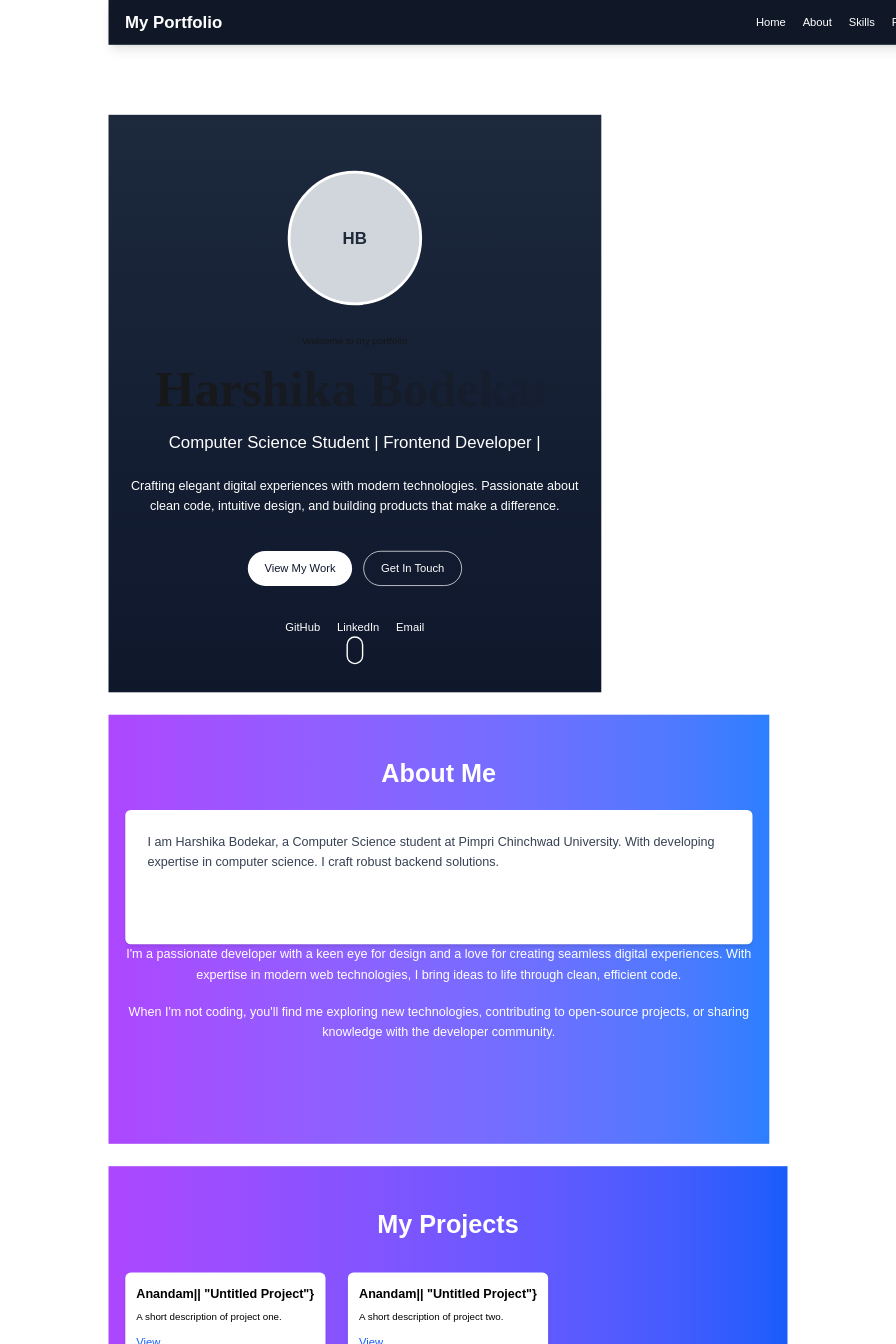
Repository: harshikabodekar/portfolio_awp
Page: /
An editor plug-in stored every save of this project. The page is shown before and after a run of saves, followed by the edit.
The browser window is 1280 px wide. The pictures show the part of the page from y = 0 to 1920 px (the page is 2998 px tall before and 3026 px after), at 70% of full size.
The project was rebuilt for these pictures with package versions that can differ from the ones it lists, and the page was loaded fresh each time. The framework's server and built-in components were replaced by stand-ins that run in the browser. Also part of the build but not shown: next.config.mjs.

Above is the page before, as saved 2025-10-15 19:31:50.

### src/app/layout.js
import "./globals.css";

export const metadata = {
  title: "AWP Portfolio",
  description: "Personal portfolio",
};

export default function RootLayout({ children }) {
  return (
    <html lang="en">
      <body className="antialiased">
        {children}
      </body>
    </html>
  );
}

### src/app/page.js
//import Image from "next/image";
import Navbar from "./components/Navbar";
import React from "react";
import Projects from "./components/Project";
import About from "./components/About";
import Contact from "./components/Contact";
import Hero from "./components/Hero";
import ProjectCard from "./components/ProjectCard";

export default function Home() {
  return (
    <div className="font-sans grid grid-rows-[20px_1fr_20px] items-center justify-items-center min-h-screen p-8 pb-20 gap-16 sm:p-20">
      <main className="flex flex-col gap-[32px] row-start-2 items-center sm:items-start">
        <Navbar />
        <Hero />
        <About />
        <Projects />
        <Contact />
        <ProjectCard/>
      </main>
    </div>
  );
}

### src/app/components/Navbar.js
import React from 'react';

const Navbar = () => {
  return (
    <nav className="bg-gray-900 text-white py-4 px-6 fixed w-full top-0 z-50 shadow-lg">
      <div className="container mx-auto flex justify-between items-center">
        <h1 className="text-2xl font-bold">My Portfolio</h1>
        <ul className="flex space-x-6">
          <li><a href="#home" className="hover:text-blue-400">Home</a></li>
          <li><a href="#about" className="hover:text-blue-400">About</a></li>
          <li><a href="#skills" className="hover:text-blue-400">Skills</a></li>
          <li><a href="#projects" className="hover:text-blue-400">Projects</a></li>
          <li><a href="#contact" className="hover:text-blue-400">Contact</a></li>
        </ul>
      </div>
    </nav>
  );
};

export default Navbar;

### src/app/components/Project.js
import React from 'react';
import ProjectCard from './ProjectCard';
import { projectsData } from '../data/projects';

const Projects = () => {
  return (
    <section id="projects" className="py-20 px-6 bg-gradient-to-r from-purple-500 to-blue-600 text-white pt-16">
      <div className="container mx-auto max-w-6xl">
        <h2 className="text-4xl font-bold text-center text-white mb-12">My Projects</h2>

        <div className="grid md:grid-cols-2 lg:grid-cols-3 gap-8">
          {projectsData.map((project) => (
            <ProjectCard key={project.id} project={project} />
          ))}
        </div>
      </div>
    </section>
  );
};

export default Projects;

### src/app/components/About.js
import React from 'react';

const About = () => {
  return (
     <section id="about" className="py-20 px-6 bg-gradient-to-r from-purple-500 to-blue-500 text-white pt-16">
      <div className="container mx-auto max-w-4xl">
        <h2 className="text-4xl font-bold text-center mb-8">About Me</h2>
        <div className="bg-white p-8 rounded-lg shadow-md">
          <p className="text-lg text-gray-700 mb-4">
            I am Harshika Bodekar, a Computer Science student at Pimpri Chinchwad University.
            With developing expertise in computer science.
            I craft robust backend solutions.
          </p>
          <p className="text-lg text-white">
            My journey is driven by a passion for building scalable,
            efficient systems that power modern applications.
            I enjoy tackling complex challenges and exploring cutting-edge tech.
          </p>
        </div>
        <div className="mb-16 text-center">
            <p className="text-lg text-muted-foreground leading-relaxed mb-6">
              I'm a passionate developer with a keen eye for design and a love for creating
              seamless digital experiences. With expertise in modern web technologies, I bring
              ideas to life through clean, efficient code.
            </p>
            <p className="text-lg text-muted-foreground leading-relaxed">
              When I'm not coding, you'll find me exploring new technologies, contributing to
              open-source projects, or sharing knowledge with the developer community.
            </p>
          </div>
      </div>
    </section>
  );
};

export default About;

### src/app/components/Contact.js
const Contact = () => {
  const contactInfo = [
    { label: 'Email', value: 'your.email@example.com', href: 'mailto:your.email@example.com' },
    { label: 'Phone', value: '+1 (555) 123-4567', href: 'tel:+15551234567' },
    { label: 'Location', value: 'San Francisco, CA', href: '#' },
  ];

  const socialLinks = [
    { label: 'GitHub', href: 'https://github.com' },
    { label: 'LinkedIn', href: 'https://linkedin.com' },
    { label: 'Twitter', href: 'https://twitter.com' },
  ];

  return (
    <section id="contact" className="py-20 bg-gray-50 text-gray-900">
      <div className="container mx-auto px-4">
        <div className="max-w-4xl mx-auto">
          <h2 className="text-4xl md:text-5xl font-bold mb-6 text-center">Get In Touch</h2>
          <div className="w-20 h-1 bg-blue-500 mx-auto mb-12"></div>

          <p className="text-center text-lg mb-12 max-w-2xl mx-auto">
            I'm always open to discussing new projects, creative ideas, or opportunities to be part of your visions.
          </p>

          <div className="grid md:grid-cols-3 gap-6 mb-12">
            {contactInfo.map((info, index) => (
              <div key={index} className="bg-white p-6 rounded-lg shadow text-center">
                <h3 className="text-sm font-semibold mb-2">{info.label}</h3>
                <a href={info.href} className="text-blue-600 underline">{info.value}</a>
              </div>
            ))}
          </div>

          <div className="text-center">
            <div className="flex justify-center gap-4 mb-8">
              {socialLinks.map((s, i) => (
                <a key={i} href={s.href} target="_blank" rel="noreferrer" className="text-blue-600">{s.label}</a>
              ))}
            </div>

            <div className="text-center">
              <a href="mailto:your.email@example.com" className="inline-block px-6 py-3 bg-blue-600 text-white rounded-lg">Send Me an Email</a>
            </div>
          </div>
        </div>
      </div>
    </section>
  );
};

export default Contact;

### src/app/components/Hero.js
import React from 'react';

const Hero = () => {
  return (
    <section id="home" className="relative min-h-screen flex items-center justify-center bg-gradient-to-b from-slate-800 to-slate-900 text-white">
      <div className="container mx-auto px-4 py-20 relative z-10">
        <div className="max-w-4xl mx-auto text-center animate-fade-in">
          <div className="mb-8 flex justify-center">
            <div className="w-48 h-48 rounded-full bg-gray-300 dark:bg-gray-600 border-4 border-white flex items-center justify-center text-2xl font-bold text-gray-800">HB</div>
          </div>

          <div className="inline-block mb-4 px-4 py-2 bg-gradient-primary rounded-full">
            <p className="text-sm font-medium text-foreground">Welcome to my portfolio</p>
          </div>

          <h1 className="text-5xl md:text-7xl font-bold mb-6 font-['Space_Grotesk'] bg-gradient-to-r from-foreground to-accent bg-clip-text text-transparent">
          Harshika Bodekar
          </h1>

          <p className="text-xl md:text-2xl text-muted-foreground mb-8 font-light">
            Computer Science Student | Frontend Developer |
          </p>

          <p className="text-lg text-muted-foreground mb-12 max-w-2xl mx-auto leading-relaxed">
            Crafting elegant digital experiences with modern technologies.
            Passionate about clean code, intuitive design, and building products that make a difference.
          </p>

          <div className="flex flex-wrap gap-4 justify-center mb-12">
            <button onClick={() => {}} className="px-6 py-3 bg-white text-slate-900 rounded-full font-medium">View My Work</button>
            <button onClick={() => {}} className="px-6 py-3 border border-white rounded-full">Get In Touch</button>
          </div>

          <div className="flex gap-6 justify-center">
            <a href="https://github.com" target="_blank" rel="noopener noreferrer" className="text-white">GitHub</a>
            <a href="https://linkedin.com" target="_blank" rel="noopener noreferrer" className="text-white">LinkedIn</a>
            <a href="mailto:your.email@example.com" className="text-white">Email</a>
          </div>
        </div>
      </div>

      <div className="absolute bottom-10 left-1/2 -translate-x-1/2 animate-float">
        <div className="w-6 h-10 border-2 border-accent rounded-full flex justify-center">
          <div className="w-1 h-3 bg-accent rounded-full mt-2 animate-pulse"></div>
        </div>
      </div>
    </section>
  );
};

export default Hero;

### src/app/components/ProjectCard.js
import React from 'react';

export default function ProjectCard({ project = {} }) {
  return (
    <article className="bg-white text-black rounded-lg p-4 shadow-md">
      <h3 className="font-semibold text-lg mb-2">Anandam|| "Untitled Project"}</h3>
      <p className="text-sm mb-4">{project.description || "No description available."}</p>
      {project.link && (
        <a
          className="text-blue-600 underline"
          href={project.link}
          target="_blank"
          rel="noreferrer"
        >
          View
        </a>
      )}
    </article>
  );
}

### src/app/data/projects.js
export const projectsData = [
  {
    id: '1',
    title: 'Sample Project One',
    description: 'A short description of project one.',
    link: 'https://example.com',
  },
  {
    id: '2',
    title: 'Sample Project Two',
    description: 'A short description of project two.',
    link: 'https://example.com',
  },
];

Loaded but not shown: src/app/globals.css (common file)

After the next 2 saves:
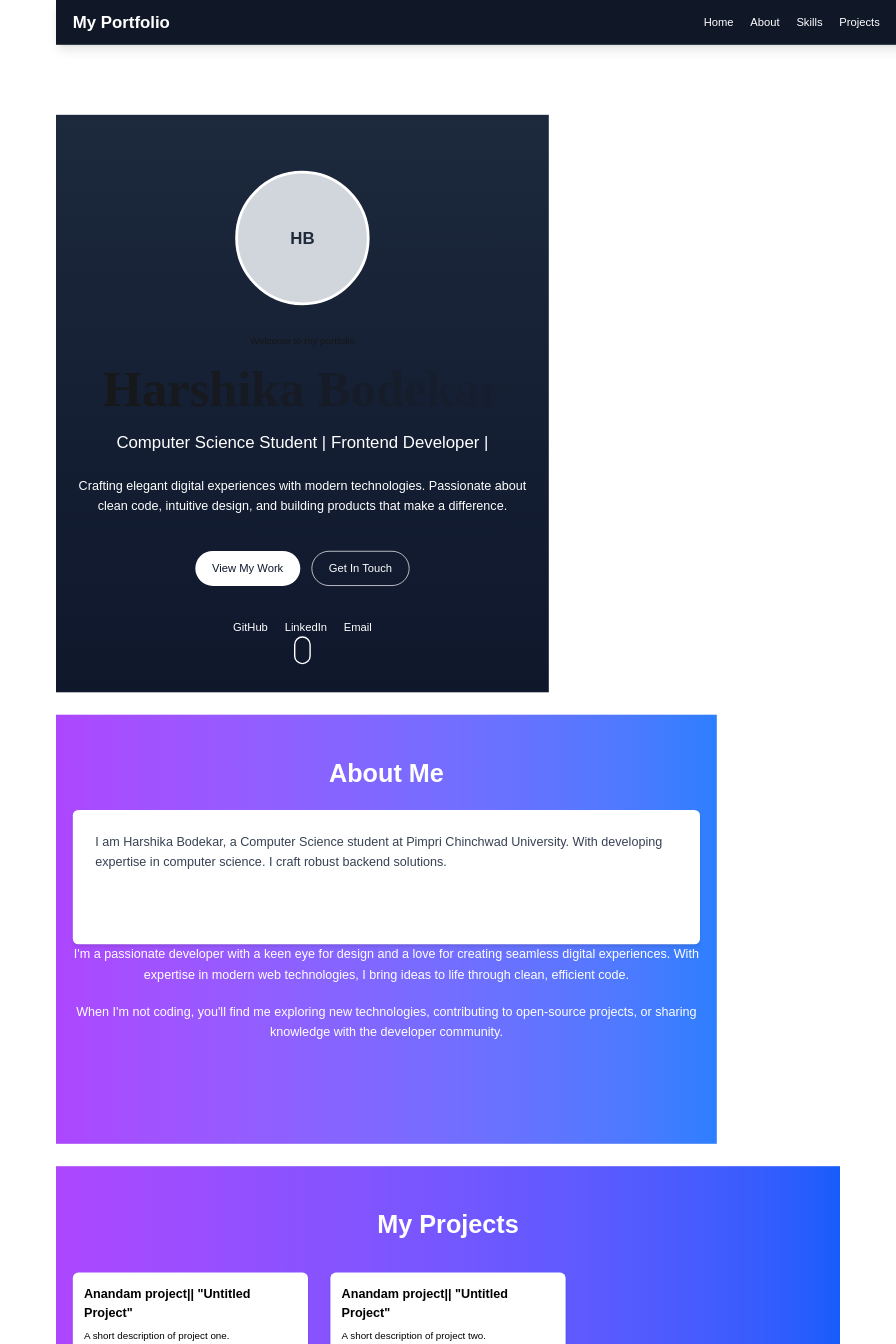
The 2 saves are shown as one change because they came seconds apart.
The last was saved 8 s later.
--- a/src/app/components/ProjectCard.js
+++ b/src/app/components/ProjectCard.js
@@ -3,7 +3,7 @@ import React from 'react';
 export default function ProjectCard({ project = {} }) {
   return (
     <article className="bg-white text-black rounded-lg p-4 shadow-md">
-      <h3 className="font-semibold text-lg mb-2">Anandam|| "Untitled Project"}</h3>
+      <h3 className="font-semibold text-lg mb-2">Anandam project|| "Untitled Project"</h3>
       <p className="text-sm mb-4">{project.description || "No description available."}</p>
       {project.link && (
         <a
